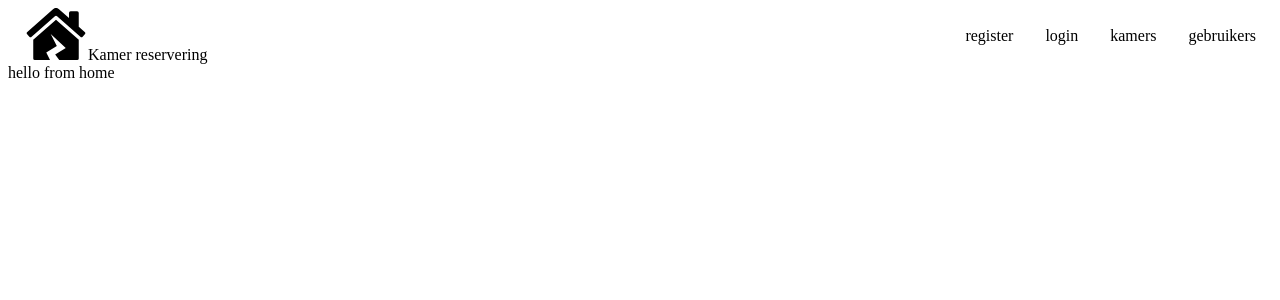
Repository: jomarderrie/kamerreserveringfrontend
Page: /
An editor plug-in stored every save of this project. The page is shown before and after a run of saves, followed by the edit.
The browser window is 1280 px wide. The pictures show the whole page.
The project was rebuilt for these pictures with package versions that can differ from the ones it lists, and the page was loaded fresh each time. Also part of the build but not shown: src/components/Loading.js, src/styled/globals/AuthBoxContainer.js, src/functions/auth.js, src/components/auth/SignUpForm.js, src/pages/auth/Register.js, src/functions/kamers.js, src/components/kamer/KamerCard.js, src/pages/kamer/Kamers.js and 7 more.

Above is the page before, as saved 2021-10-28 11:56:36.

### src/index.js
import React from 'react';
import ReactDOM from 'react-dom';

import App from './App';
import { AuthProvider } from "./context/AuthContext";
import { BrowserRouter as Router } from 'react-router-dom';
import KamerProvider from './context/KamersContext';


ReactDOM.render(
    <KamerProvider>
        <AuthProvider>
            <Router>
                <App />
            </Router>
        </AuthProvider>
    </KamerProvider>
    ,
    document.getElementById('root')
);

// If you want to start measuring performance in your app, pass a function
// to log results (for example: reportWebVitals(console.log))
// or send to an analytics endpoint. Learn more: https://bit.ly/CRA-vitals

### src/App.js
import React, { lazy, Suspense } from "react";
import { Route, Switch,browserHistory } from "react-router-dom";
import Home from "./pages/Home";
import Loading from "./components/Loading";
import Navbar from "./components/navbar/Navbar";
import Register from "./pages/auth/Register";
import Kamers from "./pages/kamer/Kamers";
import SingleKamer from "./pages/kamer/SingleKamer";
import Login from "./pages/auth/Login";
import {ToastContainer} from "react-toastify";
import "react-toastify/dist/ReactToastify.css";
import EditSingleKamer from "./pages/kamer/EditSingleKamer";
import MaakNieuweKamer from "./pages/kamer/MaakNieuweKamer";


// const Home = lazy(() => import("./pages/Home"));
//
// const Loading = lazy(() => import("./components/Loading"));

function App() {

    return (
        <Suspense fallback={Loading}>

                <Navbar />
                <ToastContainer/>
                <Switch>
                    <Route exact path="/" component={Home} />
                    <Route exact path="/register" component={Register} />
                    <Route exact path="/login" component={Login} />
                    <Route exact path="/kamers" component={Kamers} />
                    <Route exact path="/kamer/new" component={MaakNieuweKamer} />
                    <Route exact path="/kamer/:naam" component={SingleKamer} />
                    <Route exact path="/kamer/:naam/edit" component={EditSingleKamer} />

                </Switch>

        </Suspense>
    );
}

export default App;

### src/context/AuthContext.js
import React, { useContext, useState } from 'react'

export const AuthContext = React.createContext()


export function AuthProvider({ children }) {
    const [user, setUser] = useState({})




    return (
        <AuthContext.Provider value={{ user, setUser }}>
            {children}
        </AuthContext.Provider>
    )
}

### src/context/KamersContext.js
import React, {useContext,useState} from 'react'

export const KamersContext = React.createContext()


export default function KamerProvider({children}) {
    const [kamers,setKamers] = useState([]);
    return (
        <KamersContext.Provider value={{kamers,setKamers}}>
            {children}
        </KamersContext.Provider>
    )
}

### src/pages/Home.js
import React, {Component} from 'react';

class Home extends Component {
    render() {
        return (
            <div>
                hello from home
            </div>
        );
    }
}

export default Home;

### src/components/navbar/Navbar.js
import React, {Component} from 'react';
import {FlexBox} from "../../styled/styles";
import {Image} from "../../styled/Image";
import Logo from "../../images/logo.svg";
import {Link} from "react-router-dom";
import styled from "styled-components"
import {StyledRouterLink} from '../../styled/globals/StyledRouterLink';
import { LinkFlexBoxContainer, StyledFlexBoxContainer } from '../../styled/globals/StyledFlexBoxContainer';
const Navbar = () => {
    return (
        <StyledFlexBoxContainer className="link-box-container" x="space-between">
            <StyledRouterLink  to={"/"}>
            <Image logo={Logo} width={64} height={52}/>
                Kamer reservering
            </StyledRouterLink>
            <LinkFlexBoxContainer>
                <StyledRouterLink to={"/register"} >
                    register
                </StyledRouterLink>
                <StyledRouterLink to={"/login"}>
                    login
                </StyledRouterLink>
                <StyledRouterLink to={"/kamers"}>
                    kamers
                </StyledRouterLink>
                <StyledRouterLink to={"/gebruikers"}>
                    gebruikers
                </StyledRouterLink>
            </LinkFlexBoxContainer>
        </StyledFlexBoxContainer>

    );
}


//  =>(

// )`
// .link-box-container{
//     border-bottom-color: rgba(140, 130, 115, 0.12);
//     border-bottom: 2px solid;
// }
// `


export default Navbar;

### src/styled/styles.js
import {css, keyframes} from 'styled-components';
import styled from 'styled-components'

export const setColor = {
    primaryColor: '#af9a7d',
    mainWhite: '#fff',
    mainBlack: '#222',
    mainGrey: 'ececec',
    lightGrey: '#f7f7f7'
};

export const setFont = {
    main: "font-family: 'Courgette', cursive;",
    slanted: "	font-family: 'Lato', sans-serif;"
};



export const FlexBox = styled.div`
${(props) => setFlex({x: props.x, y: props.y, z: props.z})}
`



export const setFlex = ({x = 'center', y = 'center', z = 'row'} = {}) => {
    return `
    display:flex;
    align-items:${y};
    justify-content:${x};
    flex-direction:${z};
    `;
};

export const setBackground = (
    {
        img = 'https://images.pexels.com/photos/258154/pexels-photo-258154.jpeg?auto=compress&cs=tinysrgb&h=750&w=1260',
        color = 'rgba(0, 0, 0, 0)'
    } = {}
) => {
    return `background: linear-gradient(${color}, ${color}),
	url(${img}) no-repeat center/cover fixed;`;
};

export const setRem = (number = 16) => {
    return `${number / 16}rem`;
};

export const setLetterSpacing = (number = 2) => {
    return `letter-spacing:${number}px`;
};

export const setBorder = ({width = '2px', style = 'solid', color = 'black'} = {}) => {
    return `border:${width} ${style} ${color}`;
};

const sizes = {
    ultraLarge: 1600,
    large: 1200,
    desktop: 992,
    tablet: 768,
    phone: 576
};

// Iterate through the sizes and create a media template
export const media = Object.keys(sizes).reduce((acc, label) => {
    acc[label] = (...args) => css`@media (min-width: ${sizes[label] / 16}em) {
      ${css(...args)}
    }`;

    return acc;
}, {});

export const setFadeIn = (start, point, end) => {
    const animation = keyframes`
      0% {
        opacity: 0;
        transform: translateY(${start});
      }
      50% {
        opacity: 0.5;
        transform: translateY(${point});
      }
      100% {
        opacity: 1;
        transform: translateY(${end});
      }
    `;
    return css`
      animation: ${animation} 3s ease-in-out 1;
    `;
};

export const setTransition = ({property = 'all', time = '0.3s', timing = 'ease-in-out'} = {}) => {
    return `transition:${property} ${time} ${timing}`;
};
export const setShadow = {
    light: 'box-shadow: 3px 3px 5px 0px rgba(0,0,0,0.75)',
    dark: 'box-shadow: 6px 6px 5px 0px rgba(0,0,0,0.75)',
    darkest: 'box-shadow: 10px 10px 5px 0px rgba(0,0,0,0.75)'
};

### src/styled/Image.js
import React from 'react'
import styled from "styled-components";

export const Image = ({logo,height='auto', width}) => {
    return (<img src={logo} height={height} width={width}/>)

}

### src/styled/globals/StyledRouterLink.js
import styled from 'styled-components';

import React, {Component} from 'react';
import {Link, NavLink} from "react-router-dom";
import {setRem} from "../styles";

export const StyledRouterLink = ({p, to, linkName, children}) => {

    return (
        <div className={p}>
            <NavLink2 to={to} className={p}>
                {linkName}
                {children}
            </NavLink2>
        </div>
    );
}

export const NavLink2 = styled(NavLink)`
  padding: 4rem 1rem;

  color: black;
  text-decoration: none;

  &:hover {
    color: lightblue;
  }

`;

export const StyledRouterLinkWrapper = styled(StyledRouterLink)`
  text-decoration: none;
  font-weight: bolder;
  color: black;
  .home-link {
    background: green;
  }
`
export default StyledRouterLinkWrapper;

### src/styled/globals/StyledFlexBoxContainer.js
import styled from "styled-components"
import {FlexBox} from "../styles"
export const LinkFlexBoxContainer = ({className, children, x}) => {
    return (
        <StyledFlexBoxContainer className={className}
            x={x}>
            {children} </StyledFlexBoxContainer>
    )
}
export const StyledFlexBoxContainer = styled(FlexBox)`



        border-bottom-color: rgba(140, 130, 115, 0.12); */
     border-bottom: 2px solid;
       } */
    `

Loaded but not shown: public/index.html (common file)

After the next 3 saves:
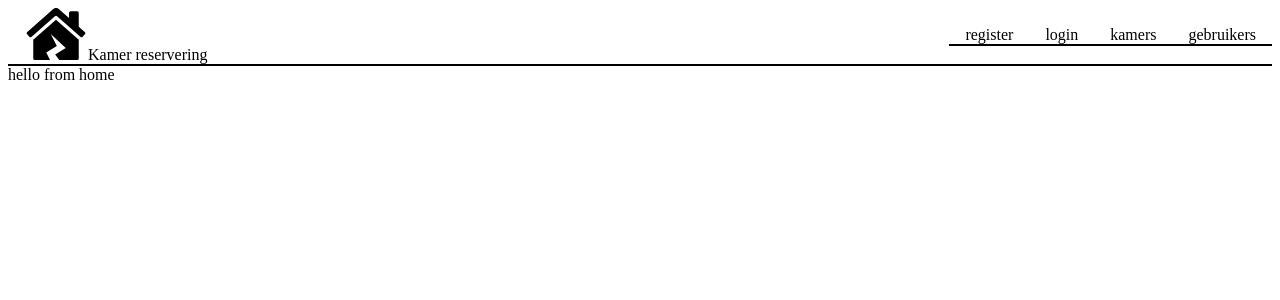
The 3 saves are shown as one change because they came seconds apart.
The last was saved 47 s later.
--- a/src/styled/globals/StyledFlexBoxContainer.js
+++ b/src/styled/globals/StyledFlexBoxContainer.js
@@ -11,7 +11,7 @@ export const StyledFlexBoxContainer = styled(FlexBox)`
 
 
 
-        border-bottom-color: rgba(140, 130, 115, 0.12); */
+        border-bottom-color: rgba(140, 130, 115, 0.12);
      border-bottom: 2px solid;
-       } */
+       }
     `
